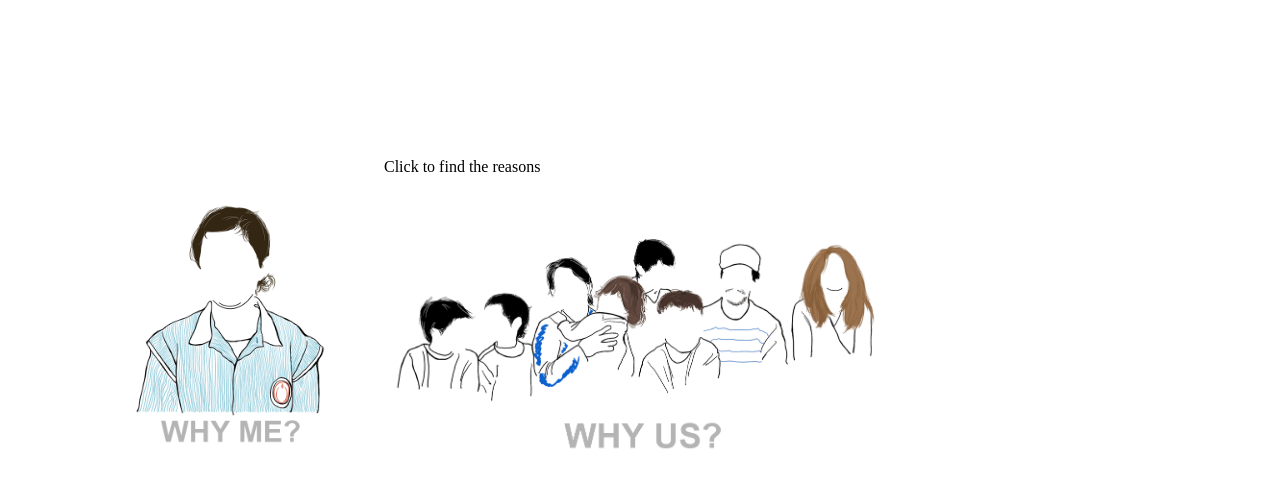
Repository: Lettie123/webpr4
Page: 04.html
The author's editor kept a copy of each file at every save. The page is drawn from the files as they stood at one save, then again after the next save.
The browser window is 1280 px wide. The pictures show the whole page.

Above is the page before, as saved 2020-11-24 00:00:31.

After the next save:
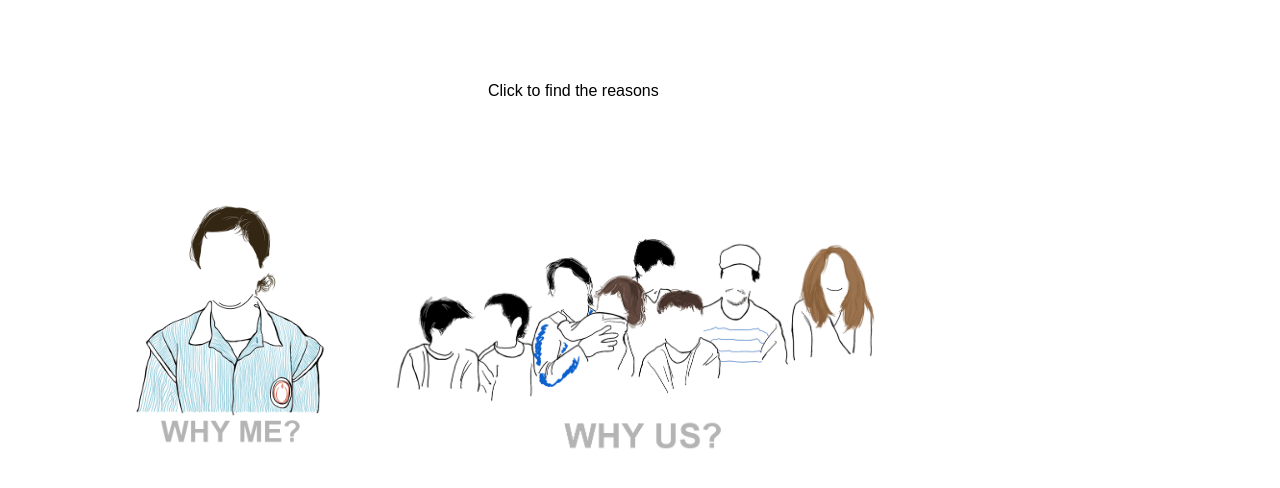
Saved 31 s later.
--- a/style05.css
+++ b/style05.css
@@ -22,3 +22,12 @@ body {
     transform: translate(-50%,-50%);
     color: #B4B4B4;
 }
+#txt{
+    height:300px;
+    width:1600px;
+    text-align: center;
+	border-radius: 10px;
+	position: absolute;
+    font-family: Arial;
+    color:black;
+}
